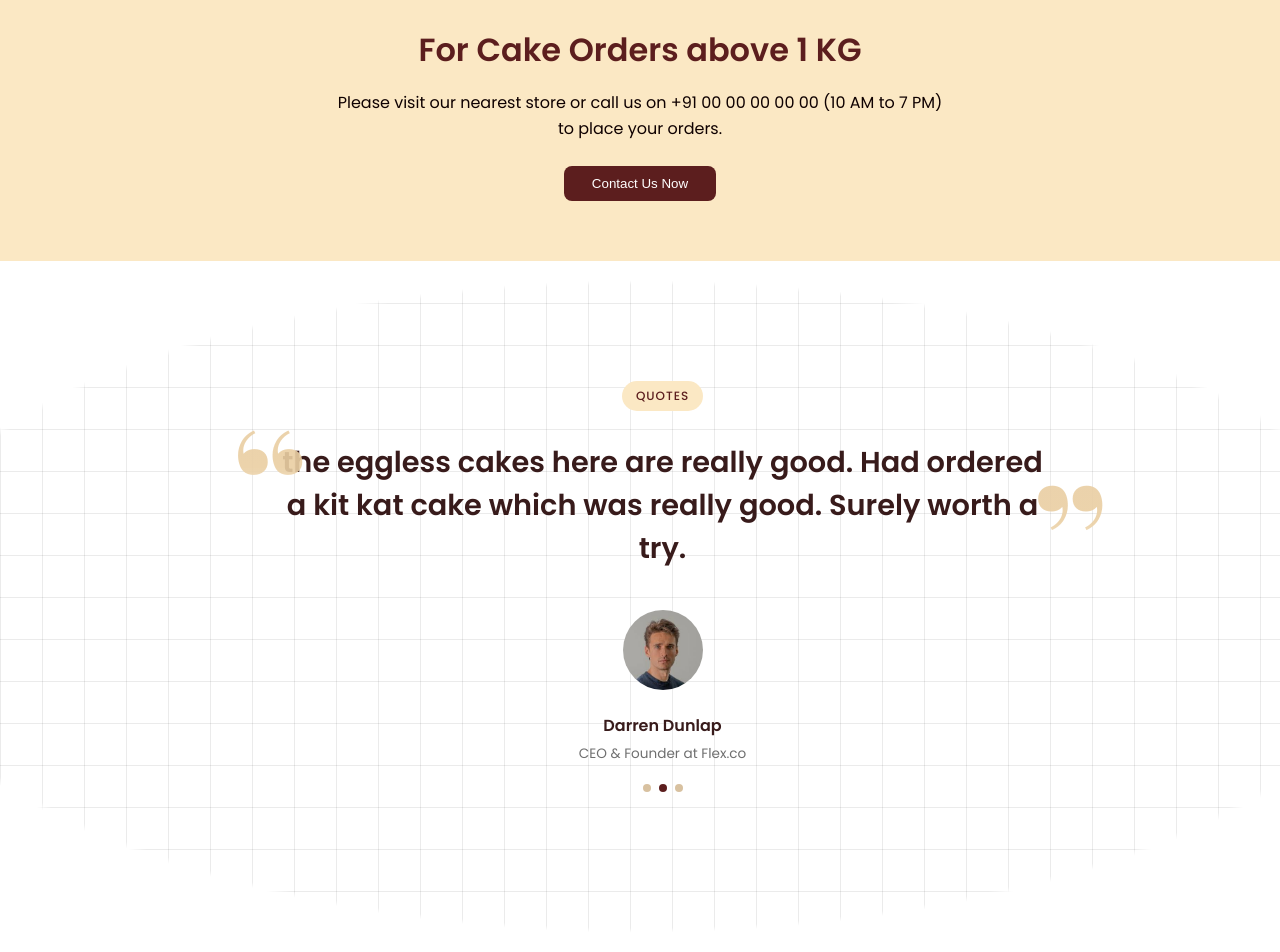
Repository: josegabrielzevallos/chocobrat-bakery-website
Page: index.html
An editor plug-in stored every save of this project. The page is shown before and after the next save, followed by the edit.
The browser window is 1280 px wide. The pictures show the part of the page from y = 2062 to 3014 px (the page is 3014 px tall).

Above is the page before, as saved 2025-11-20 17:56:42.

### index.html
<!DOCTYPE html>
<html lang="en">
<head>
    <meta charset="UTF-8" />
    <meta name="viewport" content="width=device-width, initial-scale=1.0" />
    <title>Chocobrat Bakery</title>

    <link href="https://fonts.googleapis.com/css2?family=Poppins:wght@300;400;500;600;700&family=Playfair+Display:wght@400;600;700;800;900&display=swap" rel="stylesheet">

    <link rel="stylesheet" href="styles.css" />
</head>
<body>

    <!-- NAVBAR -->
    <header>
        <nav class="navbar container">
            <h1 class="logo">Chocobrat</h1>

            <ul class="nav-links">
                <li><a class="active" href="#">Home</a></li>
                <li class="dropdown">
                    <a href="#">Categories ▾</a>
                </li>
                <li><a href="#">About Us</a></li>
                <li><a href="#">Contact Us</a></li>
            </ul>

            <div class="nav-actions">
                <input type="text" placeholder="Search" class="search-box" />
                <button class="icon-btn">🔍</button>
                 <button class="icon-btn">👤</button>
                <button class="icon-btn">🛒</button>

            </div>
        </nav>
    </header>

    <!-- HERO SECTION -->
    <section class="hero container">
        <div>
        <div class="hero-text">
            <div class="hero-img">
                <img src="./assets/images/b1-cake.png" alt="Cake">
            </div>
            <div class="carousel container">
                <div class="slider-controls">
                    <span class="arrow" id="prev">&larr;</span>
                    <span class="slide-text">01/7</span>
                    <span class="arrow" id="next">&rarr;</span>
                </div>
                <img src="assets/images/b2-cake.jpeg" class="thumb" />
                <img src="assets/images/b3-cake-red.png" class="thumb" />
                <img src="assets/images/b4-cake.jpg" class="thumb" />

            </div>
                <h2>Bring you Happiness <br> through a piece of cake</h2>
                <p>We make different type of cakes, chocolate, soft cookies, cheesecake pie or anything you want.</p>

                <div class="hero-buttons">
                    <button class="btn primary">Order Now</button>
                    <button class="btn secondary">See All Menus</button>
                </div>
            </div>


        </div>
        <div class="hero-ba" >
            <!-- CAROUSEL STATIC -->


            <div class="title-row">
                <h2>Try Our Best Selling</h2>
                <div class="divider"></div>
                <p>Here’s our best creations that everyone loves. Lightness and sweetness of the cake...</p>
            </div>
        </div>
    </section>



    <!-- BEST SELLING SECTION -->
    <section class="best-selling container">


        <div class="product-grid">

            <!-- CARD 1 -->
            <article class="card">
                <img src="assets/images/b5-cakes.png" alt="">
                <h3>Red Velvet & Cream Cheese (500g)</h3>
                <div class="rating">
                    ⭐⭐⭐⭐☆ <span>4.0 Rating</span>
                </div>
            </article>

            <!-- CARD 2 -->
            <article class="card">
                <img src="assets/images/b6-cakes.png" alt="">
                <h3>Red Velvet & Cream Cheese (500g)</h3>
                <div class="rating">
                    ⭐⭐⭐⭐☆ <span>4.0 Rating</span>
                </div>
            </article>

            <!-- CARD 3 -->
            <article class="card">
                <img src="assets/images/b7-cakes.png" alt="">
                <h3>Red Velvet & Cream Cheese (500g)</h3>
                <div class="rating">
                    ⭐⭐⭐⭐☆ <span>4.0 Rating</span>
                </div>
            </article>

            <!-- CARD 4 -->
            <article class="card">
                <img src="assets/images/b8-cakes.png" alt="">
                <h3>Red Velvet & Cream Cheese (500g)</h3>
                <div class="rating">
                    ⭐⭐⭐⭐☆ <span>4.0 Rating</span>
                </div>
            </article>
              <!-- CARD 5 -->
            <article class="card">
                <img src="assets/images/b9-cakes.png" alt="">
                <h3>Red Velvet & Cream Cheese (500g)</h3>
                <div class="rating">
                    ⭐⭐⭐⭐☆ <span>4.0 Rating</span>
                </div>
            </article>
        </div>

        <center>
            <button class="btn view-more">View More →</button>
        </center>
    </section>

        <!-- STORY / ABOUT BAKERY SECTION -->
    <section class="story container">
        <article class="story-card">

            <div class="story-text">
                <h2>We Bake for you<br>Fresh From the oven</h2>
                <p>
                    We use quality materials that we get directly from farmers.
                    <br>our bakers are experienced people in the food sector. So
                    <br>that the products we produce are guaranteed quality and
                    <br>taste. It's so delicious, you have to try it!
                </p>
                <a href="#" class="story-link">Read More →</a>
            </div>
            <div class="story-img">
                <img src="./assets/images/b9-women.jpeg" alt="Baker preparing pastry">
            </div>

        </article>


        <article class="story-card">

            <div class="story-img">
                <img src="./assets/images/b9-women.jpeg" alt="Baker rolling dough">
            </div>

            <div class="story-text">
                <h2>Come and choose your favourites</h2>
                <p>
                    Try to come to our shop directly to enjoy the delicious taste
                    <br>of the cake that just came out of the oven. while enjoying it
                    <br>with a cup of coffee or tea in our very convenient shop. very
                    <br>suitable for chatting and meeting with your team.
                </p>
                <a href="#" class="story-link">Read More →</a>
            </div>

        </article>

    </section>

    <!-- CAKE ORDER BANNER -->
    <section class="order-banner">
        <div class="order-banner-inner">
            <h2>For Cake Orders above 1 KG</h2>
            <p>
                Please visit our nearest store or call us on +91 00 00 00 00 00 (10 AM to 7 PM)
            <br>
                to place your orders.
            </p>
            <button class="btn primary order-btn">Contact Us Now</button>
        </div>
    </section>

    <!-- QUOTES SECTION -->
    <section class="quotes-section">
        <div class="container quotes-inner">
            <span class="quotes-label">QUOTES</span>

            <p class="quote-text">
                the eggless cakes here are really good. Had ordered a kit kat cake which was
                really good. Surely worth a try.
            </p>

            <div class="quote-author">
                <div class="quote-avatar">
                    <img src="./assets/images/b10-man.jpeg" alt="Darren Dunlap">
                </div>
                <h3>Darren Dunlap</h3>
                <p class="quote-role">CEO &amp; Founder at Flex.co</p>

                <div class="quote-dots">
                    <span class="quote-dot"></span>
                    <span class="quote-dot active"></span>
                    <span class="quote-dot"></span>
                </div>
            </div>
        </div>
    </section>
</body>
</html>

### styles.css
/* ===== RESET ===== */
* {
    margin: 0;
    padding: 0;
    box-sizing: border-box;
}

body {
    font-family: "Poppins", sans-serif;
    background-color: #ffffff;
    background-color: #FFF;
    color: #381B1B;
}

.container {
    max-width: 1478px;
    /* margin: auto; */

    padding-bottom:20px ;
    padding-left: 50px;
    padding-right: 5px;
}

/* ===== NAVBAR ===== */
header {
    background: #FFF;
    padding: 0px 0;
}

.navbar {
    display: flex;
    align-items: center;
    justify-content: space-between;
}

.logo {
    font-size: 1.8rem;
    font-weight: 600;
}

.nav-links {
    display: flex;
    list-style: none;
    gap: 30px;
}

.nav-links a {
    text-decoration: none;
    color: #6F6F6F;
    font-weight: 500;
}

.nav-links .active {
    color: #381B1B;
    font-weight: 600;
}

.nav-actions {
    display: flex;
    align-items: center;
    gap: 12px;
}

.search-box {
    padding: 10px 15px;
    border-radius: 8px;
    border: 1px solid #ddd;
}

.icon-btn {
    background: #5C1E1E;
    color: #fff;
    padding: 10px;
    border-radius: 8px;
    border: none;
}

/* ===== HERO ===== */
.hero {
    /* display: flex; */
    display: block;
    align-items: center;
    justify-content: space-between;
    background: linear-gradient(to right, white, #f1ecdc);

    margin-top: 40px;
    background-color: #FFF8F2;
    border-radius: 16px;
}

.hero-text {
    max-width: 100%;
}
.hero-back{
    /* float: right; */
    margin-top: 200px;
    margin-right: 50px;
}

.hero-text h2 {
    font-size: 2.8rem;
    line-height: 1.2;
    margin-bottom: 15px;
}

.hero-text p {
    font-size: 1rem;
    color: #6F6F6F;
    margin-bottom: 25px;
}

.hero-buttons {
    display: flex;
    gap: 15px;
}

.btn {
    padding: 12px 30px;
    font-weight: 500;
    border-radius: 8px;
    border: none;
    cursor: pointer;
}

.primary {
    background: #5C1E1E;
    color: white;
}

.secondary {
    background: white;
    border: 1px solid #5C1E1E;
    color: #5C1E1E;
}

.hero-img img {
    width: 480px;
    border-radius: 12px;
    float: right;
}

/* ===== CAROUSEL ===== */
.carousel {
    margin-top: -125px;
    display: flex;
    gap: 10px;
    clear: both;
    overflow-x: hidden;
    padding-bottom: 10px;
    float:right;
    background: #f6ffff59;
    border-top-left-radius: 64px;
    border-bottom-left-radius: 64px;

}

.slider-controls {
      display: flex;
      align-items: center;
      gap: 16px;           /* espacio entre flecha y texto */
      font-family: Arial, sans-serif;
      font-size: 18px;
    }

.divider {
  width: 1.5px;
  height: 53px; /* Ajusta el largo de la línea */
  background-color: #000000; /* Color suave como en tu imagen */
    background-color: #FFF8F2;
    border-radius: 16px;
}

.thumb {
    width: 180px;
    height: 110px;
    border-radius: 12px;
    object-fit: cover;
}

/* ===== BEST SELLING ===== */
.best-selling {
    margin-top: 60px;
}

.title-row {
    display: flex;
    justify-content: space-between;
    margin-bottom: 30px;
    clear: both;
    padding-top: 60px;
}

.title-row h2 {
    font-size: 2rem;
    color: #381B1B;
}

.title-row p {
    max-width: 45%;
    color: #6F6F6F;
}

/* ===== PRODUCT GRID ===== */
.product-grid {
    display: grid;
    grid-template-columns: repeat(5, 1fr);
    gap: 25px;
    margin-top: 30px;
}

.card {
    background: #fff;
    padding: 15px;
    border-radius: 15px;
    box-shadow: 0 4px 15px rgba(0,0,0,0.06);
}

.card img {
    width: 100%;
    height: 180px;
    border-radius: 12px;
    object-fit: cover;
}

.card h3 {
    margin: 12px 0 5px;
    font-size: 1rem;
}

.rating {
    color: #F2C94C;
    font-size: 0.9rem;
}

.rating span {
    color: #6F6F6F;
    margin-left: 5px;
}

.view-more {
    margin-top: 25px;
    background: white;
    border: 1px solid #381B1B;
    color: #381B1B;
}

/* ===== STORY / ABOUT BAKERY SECTION ===== */
.story {
    margin-top: 80px;
    display: flex;
    flex-direction: column;
    gap: 6  0px;
}

.story-card {
    display: flex;
    align-items: center;
    justify-content: space-between;   /* nuevo */
    gap: 40px;
    padding: 40px;
}

.story-card-reverse {
    flex-direction: row-reverse;
}

.story-text {
    flex: 1;        /* 50% del espacio */
}

.story-text h3 {
    font-size: 1rem;
    font-weight: 500;
    color: #A35A4A;
    margin-bottom: 4px;
}

.story-text h2 {
    font-size: 2rem;
    font-weight: 600;
    margin-bottom: 16px;
    color: #381B1B;
}

.story-text p {
    color: #6F6F6F;
    line-height: 1.7;
    margin-bottom: 18px;
}

.story-link {
    text-decoration: none;
    font-weight: 500;
    color: #381B1B;
    font-size: 0.95rem;
}

.story-img {
    flex: 1;        /* 50% del espacio */
}

.story-img img {
    width: 100%;
    height: 100%;
    max-height: 300px;     /* evita que se extienda demasiado */
    object-fit: cover;
    border-radius: 24px;
    box-shadow: 0 8px 25px rgba(0, 0, 0, 0.15);
}

/* ===== ORDER BANNER ===== */
.order-banner {
    background-color: #FBE8C4;   /* banda beige */
    padding: 60px 20px;
    margin-top: 60px;
}

.order-banner-inner {
    max-width: 800px;
    margin: 0 auto;
    text-align: center;
}

.order-banner h2 {
    font-size: 2rem;
    font-weight: 600;
    color: #5C1E1E;             /* marrón del botón/nav */
    margin-bottom: 16px;
}

.order-banner p {
    color: #0f0101;
    line-height: 1.6;
    margin-bottom: 24px;
}

.order-btn {
    /* ya hereda .btn y .primary, solo ajustamos un poco el tamaño */
    padding: 10px 28px;
    border-radius: 8px;
}

/* ===== QUOTES / TESTIMONIAL SECTION ===== */
.quotes-section {
    position: relative;
    padding: 80px 20px 100px;
    background-color: #FFFFFF;

    /* cuadrícula punteada */
    background-image:
        repeating-linear-gradient(
            to right,
            rgba(0,0,0,0.08) 0px,
            rgba(0,0,0,0.08) 1px,
            transparent 1px,
            transparent 70px
        ),
        repeating-linear-gradient(
            to bottom,
            rgba(0,0,0,0.08) 0px,
            rgba(0,0,0,0.08) 1px,
            transparent 1px,
            transparent 70px
        );

    background-size: 19.5px 19.5px;
}

.quotes-inner {
    text-align: center;
}

.quotes-label {
    display: inline-block;
    padding: 6px 14px;
    font-size: 0.75rem;
    letter-spacing: 0.08em;
    text-transform: uppercase;
    border-radius: 999px;
    background-color: #FBE8C4;
    color: #5C1E1E;
    font-weight: 500;
}

/* COMILLAS GRANDES DE FONDO */
.quote-text {
    position: relative;
    max-width: 780px;
    margin: 30px auto 40px;
    font-size: 1.8rem;
    line-height: 1.5;
    font-weight: 600;
    color: #381B1B;
    z-index: 2;
}

.quote-text::before,
.quote-text::after {
    font-family: 'Playfair Display', serif;
    position: absolute;
    font-size: 150px;
    font-weight: 950;
    pointer-events: none;
    z-index: 0;

    /* degradado real */
    background: linear-gradient(
        to bottom,
        #e7cda4 0%,
        #eacfa3 45%,
        rgba(255,255,255,0.8) 80%,
        rgba(255,255,255,1) 100%
    );
    -webkit-background-clip: text;
    color: transparent;

    opacity: 0.9;  /* alta para que se note la panza blanca */
}


.quote-text::before {
    content: "“";
    left: -40px;
    top: -75px;
}

.quote-text::after {
    content: "”";
    right: -55px;
    bottom: -75px;
}


.quote-author {
    display: flex;
    flex-direction: column;
    align-items: center;
    gap: 6px;
}

.quote-avatar img {
    width: 80px;
    height: 80px;
    border-radius: 50%;
    object-fit: cover;
    /*box-shadow: 0 8px 25px rgba(0, 0, 0, 0.15);*/
}

.quote-author h3 {
    margin-top: 10px;
    font-size: 1rem;
    font-weight: 600;
    color: #381B1B;
}

.quote-role {
    font-size: 0.85rem;
    color: #6F6F6F;
}

/* tres puntitos inferiores */
.quote-dots {
    margin-top: 14px;
    display: flex;
    gap: 8px;
    justify-content: center;
}

.quote-dot {
    width: 8px;
    height: 8px;
    border-radius: 50%;
    background-color: #D8C1A0;
}

.quote-dot.active {
    width: 8px;
    height: 8px;
    background-color: #5C1E1E;
}

/* OVAL TRANSPARENTE EN EL CENTRO DE LA SECCION */
.quotes-section {
    position: relative;
    padding: 120px 0 140px;

    /* cuadrícula que ya tenés */
    background-color: #FFFFFF;
    background-image:
        repeating-linear-gradient(
            to right,
            rgba(0,0,0,0.08) 0px,
            rgba(0,0,0,0.08) 1px,
            transparent 1px,
            transparent 42px
        ),
        repeating-linear-gradient(
            to bottom,
            rgba(0,0,0,0.08) 0px,
            rgba(0,0,0,0.08) 1px,
            transparent 1px,
            transparent 42px
        );
    background-size: 42px 42px;
}

/* Circulo con interior transparente */
.quotes-section::before {
    content: "";
    position: absolute;
    inset: 0;

    background: white;

    /* zona central recortada (transparente) */
    mask-image: radial-gradient(
        ellipse 95% 85% at center,   /* ancho y alto equilibrados */
        transparent 62%,             /* zona visible moderada */
        black 63%
    );

    -webkit-mask-image: radial-gradient(
        ellipse 95% 75% at center,
        transparent 62%,
        black 63%
    );

    pointer-events: none;
    z-index: 2; /* Cubre todo excepto el centro */
}

/* El contenido debe quedar encima del recorte */
.quotes-inner {
    position: relative;
    z-index: 3;
}

After the next save:
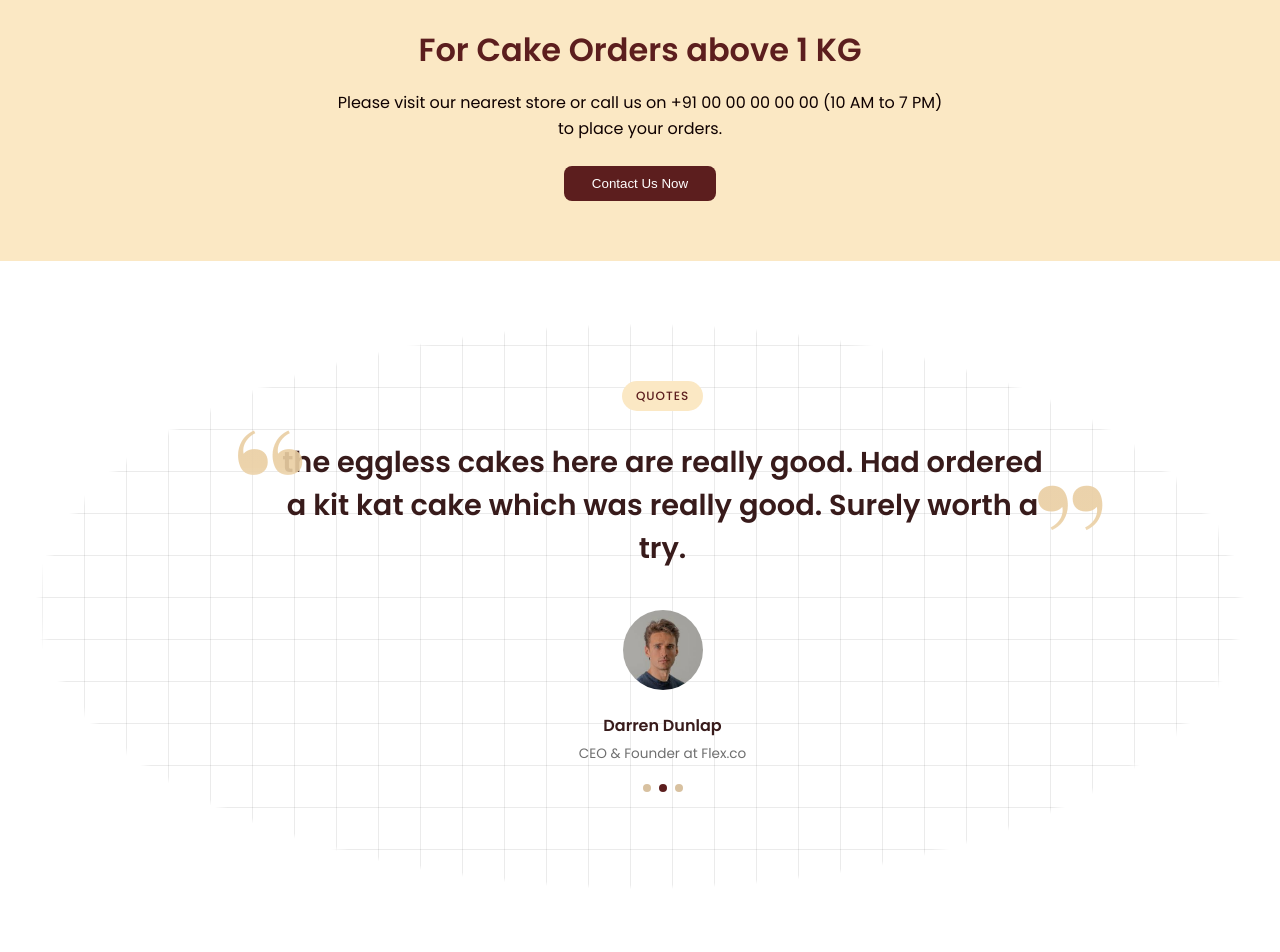
Saved 10 s later.
--- a/styles.css
+++ b/styles.css
@@ -520,7 +520,7 @@ header {
     );
 
     -webkit-mask-image: radial-gradient(
-        ellipse 95% 75% at center,
+        ellipse 75% 65% at center,
         transparent 62%,
         black 63%
     );
